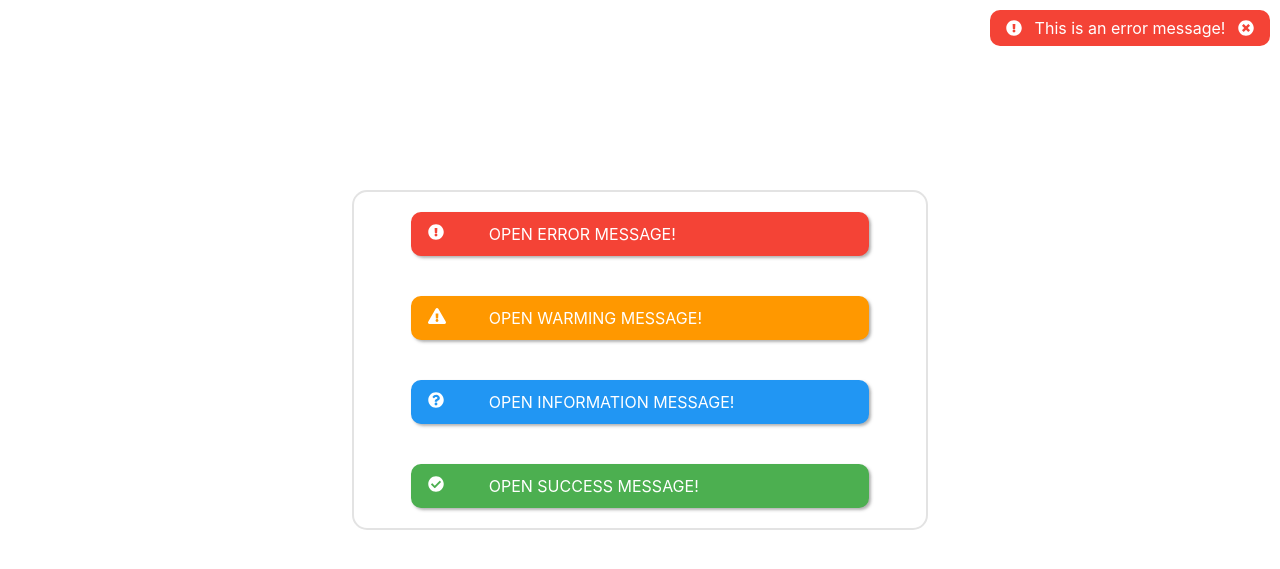
Repository: KrzysKolo/sr_tydzien5_zad2
Page: /, after clicking the first element matching `div.btn`
An editor plug-in stored every save of this project. The page is shown before and after the next save, followed by the edit.
The browser window is 1280 px wide. The pictures show the whole page.
The project was rebuilt for these pictures with package versions that can differ from the ones it lists, and the page was loaded fresh each time.

Above is the page before, as saved 2020-12-28 05:35:51.

### public/index.html
<!DOCTYPE html>
<html lang="en">
  <head>
    <meta charset="utf-8" />
    <link rel="icon" href="%PUBLIC_URL%/favicon.ico" />
    <meta name="viewport" content="width=device-width, initial-scale=1" />
    <meta name="theme-color" content="#000000" />
    <meta
      name="description"
      content="Web site created using create-react-app"
    />
    <link rel="apple-touch-icon" href="%PUBLIC_URL%/logo192.png" />
    <!--
      manifest.json provides metadata used when your web app is installed on a
      user's mobile device or desktop. See https://developers.google.com/web/fundamentals/web-app-manifest/
    -->
    <link rel="manifest" href="%PUBLIC_URL%/manifest.json" />
    <!--
      Notice the use of %PUBLIC_URL% in the tags above.
      It will be replaced with the URL of the `public` folder during the build.
      Only files inside the `public` folder can be referenced from the HTML.

      Unlike "/favicon.ico" or "favicon.ico", "%PUBLIC_URL%/favicon.ico" will
      work correctly both with client-side routing and a non-root public URL.
      Learn how to configure a non-root public URL by running `npm run build`.
    -->
    <title>Zad 2 - snackbar</title>
  </head>
  <body>
    <noscript>You need to enable JavaScript to run this app.</noscript>
    <div id="root"></div>
    <!--
      This HTML file is a template.
      If you open it directly in the browser, you will see an empty page.

      You can add webfonts, meta tags, or analytics to this file.
      The build step will place the bundled scripts into the <body> tag.

      To begin the development, run `npm start` or `yarn start`.
      To create a production bundle, use `npm run build` or `yarn build`.
    -->
  </body>
</html>

### src/App.js
import React from 'react';
import Buttons from './components/Buttons';
import './App.css';
const App = () => {
  return (
    <div className="wrapper--btn">
      <Buttons />
    </div>
  )
}

export default App;

### src/components/Buttons.js
import React from 'react';
import ButtonsData from './../data/ButtonsData';
import Button from './Button';


const Buttons = () => {

    return (
        <>
            {ButtonsData.map(button =>
                <Button key={button.id} data={button} />
            )}

        </>
    )
}

export default Buttons;

### src/App.css
* {
  box-sizing: border-box;
  margin: 0;
}
body {
  width: 100vw;
  height: 100vh;
  display: flex;
  flex-direction: row;
  justify-content: center;
  align-items: center;
}
.wrapper--btn {
  border: 2px solid #e3e3e3;
  border-radius: 15px;
  width: 45vw;
  display: flex;
  flex-direction: column;
  justify-content: center;
  align-items: center;
}
.btn {
  border-radius: 10px;
  color: rgb(240, 239, 244);
  cursor: pointer;
  outline: none;
  padding: 10px 15px;
  margin: 20px;
  width: 80%;
  display: grid;
  grid-template-columns: 0.5fr 3fr;
  box-shadow: 2px 2px 3px rgba(102, 102, 102, 0.5);
  transition: all 0.3s ease-in-out;
}
.snackbar {
  font-size: 1rem;
  padding: 10px 16px;
  border-radius: 10px;
  width: 20%;
  min-width: 280px;
  display: flex;
  flex-direction: row;
  justify-content: space-between;
  line-height: 1rem;
}
.error {
  color: white;
  background: rgb(244, 67, 54);
}

.success {
  color: rgb(124, 0, 0);
  background: rgb(76, 175, 80);
}
.information {
  color: yellow;
  background: rgb(33, 150, 243);
}

.warning {
  background: rgb(255, 152, 0);
  color: black;
}
.top-right {
  position: absolute;
  top: 10px;
  right: 10px;
}
.center-bottom {
  position: absolute;
  bottom: 30px;
  left: calc(100vw-50%);
}
.center-left {
  position: absolute;
  top: 25vh;
  left: 10px;
}
.bottom-right {
  position: absolute;
  bottom: 10px;
  right: 10px;
}

### src/data/ButtonsData.js
const ButtonsData = [
    {
      id: 0,
      name: "OPEN ERROR MESSAGE!",
      color: "rgb(244, 67, 54)",
      icon: "faExclamationCircle",
      type: "error",
      message: "This is an error message!",
      position: "top-right",
    },
    {
      id: 1,
      name: "OPEN WARMING MESSAGE!",
      color: "rgb(255, 152, 0)",
      icon: "faExclamationTriangle",
      type: "warning",
      message: "This is a warning message!",
      position: "center-bottom",
    },
    {
      id: 2,
      name: "OPEN INFORMATION MESSAGE!",
      color: "rgb(33, 150, 243)",
      icon: "faQuestionCircle",
      type: "information",
      message: "This is an information message!",
      position:"center-left",
    },
    {
      id: 3,
      name: "OPEN SUCCESS MESSAGE!",
      color: "rgb(76, 175, 80)",
      icon: "faCheckCircle",
      type: "success",
      message: "This is a success message!",
      position: "bottom-right",
    },

  ]
 export default ButtonsData;

### src/components/Button.js
import React, { useState } from 'react';
import Icons from './Icons';
import Snackbar from './Snackbar';


const Button = ({data } ) => {

    const [isHover, setIsHover] = useState(false);
    const OutStyle = {
        border: `2px solid ${data.color}`,
        background: data.color,
        color: "#fff",
      };

      const OverStyle = {
        border: `2px solid ${data.color}`,
        backgroundColor: "#fff",
        color: data.color,

      };
    const [shownSnackbar, setShownSnackbar] = useState(false);
    const handleOpenSnackbar = () => {

        setShownSnackbar(true);

    };
    const handleCloseSnackbar = () => {

        setShownSnackbar(false);

    };
    return (
        <>

        <div className="btn"
        /* onClick={() => switchFunction(event)} */
        onClick={handleOpenSnackbar}
        style={isHover ? OverStyle : OutStyle}
        onMouseOver={() => setIsHover(true)}
        onMouseOut={() => setIsHover(false)}>
            <Icons icon={data.icon}/>
             {data.name}
        </div>
        {shownSnackbar && <Snackbar type={data.type} position={data.position} message={data.message} icon={data.icon} close={handleCloseSnackbar}/>}
        </>
    )
}

export default Button;

### src/components/Icons.js
import React from 'react';
import { FontAwesomeIcon } from '@fortawesome/react-fontawesome';
import { faCheckCircle, faQuestionCircle, faExclamationTriangle, faExclamationCircle } from '@fortawesome/free-solid-svg-icons';

const Icons = ({icon}) => {

        switch (icon) {
            case 'faExclamationCircle': return <FontAwesomeIcon icon={faExclamationCircle} />;
            case 'faExclamationTriangle': return <FontAwesomeIcon icon={faExclamationTriangle} />;
            case 'faQuestionCircle': return <FontAwesomeIcon icon={faQuestionCircle} />;
            case 'faCheckCircle': return <FontAwesomeIcon icon={faCheckCircle} />;
            default: return null;
            }



}

export default Icons;

### src/components/Snackbar.js
import React from 'react';
import Icons from './Icons';
import { FontAwesomeIcon } from '@fortawesome/react-fontawesome';
import { faTimesCircle } from '@fortawesome/free-solid-svg-icons';
const Snackbar = ({type, message, icon, position, close}) => {
    return (
        <div className={`snackbar ${type} ${position}`}>
           <Icons icon={icon} />{message}
           <FontAwesomeIcon className="close" icon={faTimesCircle} onClick={close}/>
        </div>
    )
}

export default Snackbar

Loaded but not shown: src/index.js (common file); src/index.css (common file)

After the next save:
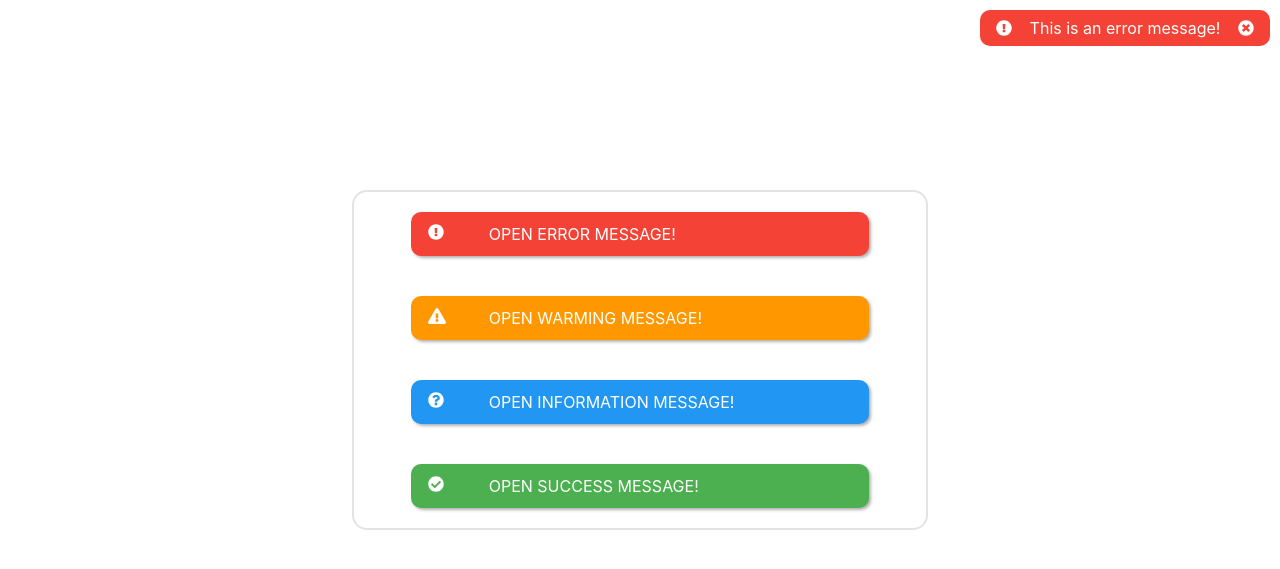
Saved 9 s later.
--- a/src/App.css
+++ b/src/App.css
@@ -37,7 +37,7 @@ body {
   padding: 10px 16px;
   border-radius: 10px;
   width: 20%;
-  min-width: 280px;
+  min-width: 290px;
   display: flex;
   flex-direction: row;
   justify-content: space-between;
